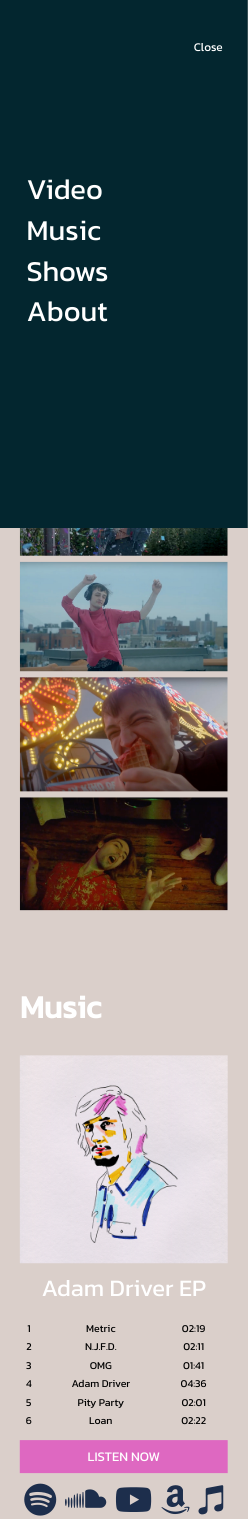
Repository: KrystellBarraza/SipperNYC
Page: index.html
An editor plug-in stored every save of this project. The page is shown before and after the next save, followed by the edit.
The browser window is 375 px wide. The pictures show the whole page, at 66% of full size.
Some web libraries are served in a nearby version.

Above is the page before, as saved 2019-08-21 14:13:48.

### index.html
<!DOCTYPE html>
    <head>
        <meta charset="utf-8">
        <meta http-equiv="X-UA-Compatible" content="IE=edge">
        <title>Sipper</title>
        <meta name="description" content="Wholesome and intrinsically delicate, SIPPER is an NYC based band who wants nothing more than to make you enjoy whatever they put out.">
        <meta name="viewport" content="width=device-width, initial-scale=1">
        <script src="https://kit.fontawesome.com/0942df55aa.js"></script>
        <script src="https://ajax.googleapis.com/ajax/libs/jquery/3.4.1/jquery.min.js"></script>
        <link rel="stylesheet" href="https://ajax.googleapis.com/ajax/libs/jqueryui/1.12.1/themes/smoothness/jquery-ui.css">
        <script src="https://ajax.googleapis.com/ajax/libs/jqueryui/1.12.1/jquery-ui.min.js"></script>
        <link href="https://fonts.googleapis.com/css?family=Kanit&display=swap" rel="stylesheet">
        <link rel="stylesheet" href="venobox/venoboxcopy.css" type="text/css" media="screen">
        <link rel="stylesheet" href="style.css">
    </head>
    <body>

        <div class="container-home">
            <div class="head">
                <header>
                    <h1><a href="index.html">Sipper</a></h1>

                    <div id="toggleText">
                        <p class="menuToggle Open placeHolder"></p>
                        <p class="menuToggle Close" style="color: #FFF;"></p>
                    </div>

                    <div id="menu">
                        <ul id="hiddenMenu">
                            <li><a href="#video">Video</a></li>
                            <li><a href="#music">Music</a></li>
                            <li><a href="#shows">Shows</a></li>
                            <li><a href="#about">About</a></li>
                        </ul>
                    </div>

                    <div class="inlineMenu">
                        <a href="#video">Video</a>
                        <a href="#music">Music</a>
                        <a href="#shows">Shows</a>
                        <a href="#about">About</a>
                    </div>

                </header>
            </div>

            <div id="menu-container"></div>

            <div class="menu">
                <div class="flexbox-nav">
                    <nav class="side-Nav">
                        <li><a href="#video">Video</a></li>
                        <li><a href="#music">Music</a></li>
                        <li><a href="#shows">Shows</a></li>
                        <li><a href="#about">About</a></li>
                    </nav>
                </div>
            </div>

            <div class="album">
                <img src="images/albumcover.jpg">
            </div>

            <div class="footer"></div>

        </div>


        <div class="container-video">
            <div class="head-video">
                <h1 id="video">Video</h1>
            </div>

            <div class="container video-a">
                <div class="content">
                    <a class="venobox" data-autoplay="true" data-vbtype="video" data-gall="myGallery" href="https://youtu.be/N3MalJX4Ll4">
                        <div class="content-overlay"></div>
                        <img class="content-image" src="images/AdamDriver.jpg" alt="Adam Driver">
                        <div class="content-details fadeIn-bottom">
                            <p class="content-title">Adam Driver</p>
                        </div>
                    </a>
                </div>
            </div>

            <div class="container video-b">
                <div class="content">
                    <a class="venobox" data-autoplay="true" data-vbtype="video" data-gall="myGallery" href="https://youtu.be/suzVxfuO1rU">
                        <div class="content-overlay"></div>
                        <img class="content-image" src="images/Metric.jpg" alt="Metric">
                        <div class="content-details fadeIn-top">
                            <p class="content-title">Metric</p>
                        </div>
                    </a>
                </div>
            </div>

            <div class="container video-c">
                <div class="content">
                    <a class="venobox" data-autoplay="true" data-vbtype="video" data-gall="myGallery" href="https://youtu.be/sNYNVeHuiyg">
                        <div class="content-overlay"></div>
                        <img class="content-image" src="images/NJFD.jpg" alt="N.J.F.D.">
                        <div class="content-details fadeIn-left">
                            <p class="content-title">N.J.F.D.</p>
                        </div>
                    </a>
                </div>
            </div>

            <div class="container video-d">
                <div class="content">
                    <a class="venobox" data-autoplay="true" data-vbtype="video" data-gall="myGallery" href="https://youtu.be/S9CmWtUvWd0">
                        <div class="content-overlay"></div>
                        <img class="content-image" src="images/OMG.jpg" alt="OMG">
                        <div class="content-details fadeIn-right">
                            <p class="content-title">OMG</p>
                        </div>
                    </a>
                </div>
            </div>

            <div class="footer-video"></div>

        </div>

        <div class="container-music">
            <div class="head-music">
                <h1 id="music">Music</h1>
            </div>

            <div class="ep">
                <img src="images/albumcover.jpg">
            </div>

            <div class="music-k">
                <p class="ep-title">Adam Driver EP</p>

                <table>
                    <tr>
                        <td>1</td>
                        <td>Metric</td>
                        <td>02:19</td>
                    </tr>
                    <tr>
                        <td>2</td>
                        <td>N.J.F.D.</td>
                        <td>02:11</td>
                    </tr>
                    <tr>
                        <td>3</td>
                        <td>OMG</td>
                        <td>01:41</td>
                    </tr>
                    <tr>
                        <td>4</td>
                        <td>Adam Driver</td>
                        <td>04:36</td>
                    </tr>
                    <tr>
                        <td>5</td>
                        <td>Pity Party</td>
                        <td>02:01<td>
                    </tr>
                    <tr>
                        <td>6</td>
                        <td>Loan</td>
                        <td>02:22</td>
                    </tr>
                </table>
            </div>

            <div class="music-j">
                <div class="listen">
                    <a href="https://levelmusic.lnk.to/AdamDriver_EP" target="_blank">Listen Now</a>
                </div>
            </div>

            <div class="fabIcons music-g">
                <a href="https://open.spotify.com/album/55qLPgpA8Q9fKp5JZo5pjp" target="_blank"><i class="fab fa-spotify"></i></a>
                <a href="https://soundcloud.com/invertebratemusic/sets/sipper-adam-driver-ep" target="_blank"><i class="fab fa-soundcloud"></i></a>
                <a href="https://www.youtube.com/channel/UC4grwiaSitqhA_vmRum_fdg/search?query=sipper" target="_blank"><i class="fab fa-youtube"></i></a>
                <a href="https://www.amazon.com/gp/product/B07QJBL8ZX/ref=dm_ws_sp_ps_dp" target="_blank"><i class="fab fa-amazon"></i></a>
                <a href="https://music.apple.com/us/album/1459355658?app=music" target="_blank"><i class="fab fa-itunes-note"></i></a>
            </div>

        </div>

        <script src="app.js" async defer></script>
        <script src="venobox/venobox.mincopy.js" async defer></script>
    </body>
</html>

### style.css
* {
    box-sizing: border-box;
}

html {
    scroll-behavior: smooth;
}

body {
    margin: 0;
    background-color: #dacfca;
}

p, li {
    font-family: 'Kanit', sans-serif;
}

p {
    font-size: 18px;
}

h1 {
    font-family: 'Kanit', sans-serif;
    color: #fff;
    font-size: 48px;
}

a {
    text-decoration: none;
    color: #fff;
}

/* Header - Home */

.container-home {
    display: grid;
    grid-template-columns: repeat(12, 1fr);
    grid-template-rows: auto 2fr 1fr;
    grid-gap: 5px;
    grid-column-gap: 20px;
    padding-left: 8%;
    padding-right: 8%;
    grid-template-areas:
    "h h h h h h h h h h h h"
    "c c c c c c c c c m m m"
    "c c c c c c c c c m m m"
    "c c c c c c c c c m m m"
    "f f f f f f f f f f f f";
}

.head {
    grid-area: h;
}

.inlineMenu {
    font-family: 'Kanit', sans-serif;
    font-size: 22px;
    word-spacing: 1em;
    top: 16%;
    right: 10%;
    position: absolute;
}

@media (min-width: 566px) and (max-width: 569px) {
    .inlineMenu {
        top: 19.5%;
        word-spacing: .5em;
    }
}

/* Toggled Header Nav */

#toggleText {
    top: 5%;
    right: 10%;
    color: #fff;
    position: absolute;
    z-index: 10;
}

#menu-container {
    background-color: #03262f;
    position: absolute;
    width: 100%;
    left: 0%;
    height: 100vh;
    z-index: 6;
}

#menu {
    background-color: #03262f;
    position: absolute;
    top: 0%;
    left: 0%;
    width: 100%;
    height: 100vh;
    z-index: 7;
}

#hiddenMenu {
    position: absolute;
    top: 30%;
}

p.placeHolder {
    display: none;
}

p.Open:before {
    content: "Menu";
}

p.Close:before {
    content: "Close";
}

ul {
    list-style: none;
}

li {
    font-size: 44px;
    line-height: 46pt;
}

/* Toggled Menu Media Queries */

@media only screen and (max-width: 450px) {
    nav {
        visibility: hidden;
    }
}

@media only screen and (min-width: 450px) {
    #toggleText {
        visibility: hidden;
    }

    #menu {
        visibility: hidden;
    }

    #menu-container {
        visibility: hidden;
    }
}

/* Scrollbar */

::-webkit-scrollbar { width: 8px; }

::-webkit-scrollbar-track { color: transparent; }

::-webkit-scrollbar-thumb {
    background-color: rgba(000, 0, 0, 0.2);
    border-radius: 5px;
}

/* Menu */

.menu {
    grid-area: m;
}

.flexbox-nav {
    display: flex;
    align-items: flex-end;
    justify-content: flex-end;
    margin-top: 356px;
}

.side-nav {
    align-self: flex-end;
    margin-top: 30px;
}

nav > a {
    font-family: 'Kanit', sans-serif;
    color: #fff;
    font-size: 48px;
}

nav > li {
    list-style-type: none;
    padding: 0;
    margin: 0;
}

@media only screen and (max-width: 416px){
    .menu {
        display: none;
    }

    .container-home {
        display: grid;
        grid-template-columns: repeat(12, 1fr);
        grid-template-rows: auto 2fr 1fr;
        grid-gap: 5px;
        padding-left: 8%;
        padding-right: 8%;
        grid-template-areas:
        "h h h h h h h h h h h h"
        "c c c c c c c c c c c c"
        "c c c c c c c c c c c c"
        "c c c c c c c c c c c c"
        "f f f f f f f f f f f f";
    }

    .album > img {
        object-fit: contain;
        width: 100%;
    }

}

/* Inline Menu Queries */

@media only screen and (max-width: 416px) {
    .inlineMenu {
        display: none;
    }
}

@media only screen and (min-width: 766px){
    .inlineMenu {
        display: none;
    }
}

/* Mobile Landscape Queries */

@media (orientation: landscape) and (max-width: 766px) {
    .menu {
        display: none;
    }

    .container-home {
        display: grid;
        grid-template-columns: repeat(12, 1fr);
        grid-template-rows: auto 2fr 1fr;
        grid-gap: 5px;
        padding-left: 8%;
        padding-right: 8%;
        grid-template-areas:
        "h h h h h h h h h h h h"
        "c c c c c c c c c c c c"
        "c c c c c c c c c c c c"
        "c c c c c c c c c c c c"
        "f f f f f f f f f f f f";
    }

    .album > img {
        object-fit: contain;
        width: 100%;
    }
}

/* Album */

.album {
    grid-area: c;
}

.album > img {
    object-fit: contain;
    width: 100%;
    max-height: 600px;
}

.footer {
    grid-area: f;
    height: 70px;
}


/* Video */

.container-video {
    display: grid;
    grid-template-columns: repeat(12, 1fr);
    grid-template-rows: auto 1fr 1fr;
    grid-gap: 5px;
    grid-column-gap: 20px;
    padding-left: 8%;
    padding-right: 8%;
    grid-template-areas:
    "h h h h h h h h h h h h"
    "a a a a a a b b b b b b"
    "c c c c c c d d d d d d"
    "f f f f f f f f f f f f";
}

.head-video {
    grid-area: h;
}

.video-a {
    grid-area: a;
    justify-self: center;
}

.video-b {
    grid-area: b;
    justify-self: center;
}

.video-c {
    grid-area: c;
    justify-self: center;
}

.video-d {
    grid-area: d;
    justify-self: center;
}

.footer-video {
    grid-area: f;
    height: 70px;
}

.container .title {
    text-align: center;
}

.content {
    position: relative;
    width: 100%;
    max-width: 550px;
    overflow: hidden;
}

.content .content-overlay {
    background: rgba(0,0,0,0.7);
    position: absolute;
    height: 99%;
    width: 100%;
    opacity: 0;
    -webkit-transition: all 0.4s ease-in-out 0s;
    -moz-transition: all 0.4s ease-in-out 0s;
    transition: all 0.4s ease-in-out 0s;
}

.content:hover .content-overlay {
    opacity: 1;
}

.content-image {
    width: 100%;
}

.content-details {
    position: absolute;
    text-align: center;
    padding-left: 1em;
    padding-right: 1em;
    width: 100%;
    top: 50%;
    left: 50%;
    opacity: 0;
    -webkit-transform: translate(-50%, -50%);
    -moz-transform: translate(-50%, -50%);
    transform: translate(-50%, -50%);
    -webkit-transition: all 0.3s ease-in-out 0s;
    -moz-transition: all 0.3s ease-in-out 0s;
    transition: all 0.3s ease-in-out 0s;
}

.content:hover .content-details {
    top: 50%;
    left: 50%;
    opacity: 1;
}

.content-details p {
    color: #fff;
    font-weight: 500;
    letter-spacing: 0.15em;
    margin-bottom: 0.5em;
    font-size: 0.8em;
    text-transform: uppercase;
}

.fadeIn-bottom {
    top: 80%;
}

.fadeIn-top {
    top: 20%;
}

.fadeIn-left {
    left: 20%;
}

.fadeIn-right {
    left: 80%;
}

@media only screen and (max-width: 416px){
    .container-video {
        display: grid;
        grid-template-columns: repeat(12, 1fr);
        grid-template-rows: auto 1fr 1fr;
        grid-gap: 5px;
        padding-left: 8%;
        padding-right: 8%;
        grid-template-areas:
        "h h h h h h h h h h h h"
        "a a a a a a a a a a a a"
        "b b b b b b b b b b b b"
        "c c c c c c c c c c c c"
        "d d d d d d d d d d d d"
        "f f f f f f f f f f f f";
    }

}

/* Music */

.container-music {
    display: grid;
    grid-template-columns: repeat(12, 1fr);
    grid-template-rows: repeat(6, 1fr);
    grid-gap: 5px;
    grid-column-gap: 20px;
    padding-left: 8%;
    padding-right: 8%;
    grid-template-areas:
    "h h h h h h h h h h h h"
    "e e e e e e k k k k k k"
    "e e e e e e k k k k k k"
    "e e e e e e j j j j j j"
    "e e e e e e g g g g g g"
    "f f f f f f f f f f f f";
}

.head-music {
    grid-area: h;
}

.ep {
    grid-area: e;
}

.ep > img {
    object-fit: contain;
    width: 100%;
    max-height: 600px;
}

.music-k {
    grid-area: k;
}

.music-k > .ep-title {
    object-fit: contain;
    text-align: center;
    font-size: 48px;
    color: #fff;
    margin: 0;
    width: 100%;
}

.music-k > table {
    font-family: 'Kanit', sans-serif;
    object-fit: contain;
    text-align: center;
    padding-top: 20px;
    border: 0;
    font-size: 20px;
    width: 100%;
}

.music-g {
    grid-area: g;
    align-items: center;
}

.fabIcons {
    display: flex;
    justify-content: space-around;
}

i {
    font-family:'FontAwesome';
    font-size: 50px;
    color: #1d2e4c;
    transition: 0.5s;
}

i.fab:hover {
    color: #3a527c;
}

.music-j {
    grid-area: j;
    align-items: center;
}

.listen {
    margin-top: 50px;
    display: flex;
    justify-content: space-around;
    background: #de68c1;
    font-family: 'Kanit', sans-serif;
    text-transform: uppercase;
    text-align: center;
    align-items: center;
    height: 50px;
    font-size: 1.25em;
    -webkit-transition: 0.5s;
    transition: 0.5s;
    border: none;
}

.listen:hover {
    background: #e794ce;
}

@media only screen and (max-width: 416px) {
    .container-music {
        display: grid;
        grid-template-columns: repeat(12, 1fr);
        grid-template-rows: 1fr auto;
        grid-gap: 5px;
        grid-column-gap: 20px;
        padding-left: 8%;
        padding-right: 8%;
        grid-template-areas:
        "h h h h h h h h h h h h"
        "e e e e e e e e e e e e"
        "e e e e e e e e e e e e"
        "k k k k k k k k k k k k"
        "k k k k k k k k k k k k"
        "j j j j j j j j j j j j"
        "g g g g g g g g g g g g"
        "f f f f f f f f f f f f";
    }

    .music-k > table {
        font-size: 16px;
        width: 100%;
        text-align: center;
    }

    .music-k > .ep-title {
        font-size: 36px;
        text-align: center;
    }

    .listen {
        margin-top: 10px;
    }

    .music-g {
        margin-top: 10px;
    }

}

@media only screen and (max-width: 824px) {
    .music-k > .ep-title {
        font-size: 36px;
        text-align: center;
    }
}

@media (orientation: landscape) and (max-width: 668px) {
    .music-k > .ep-title {
        font-size: 28px;
    }

    .music-k > table {
        font-size: 14px;
        width: 100%;
        text-align: center;
    }
}

### app.js
$(document).ready(() => {
    $('#toggleText').click(() => {
      $('.menuToggle').toggleClass('placeHolder');
      $('#menu').toggle('slide',{direction:'up'}, 1000);
      $('#menu-container').toggle('fade',{direction: 'down'}, 500);
    });
  });

  $(document).ready(function(){
    $('.venobox').venobox({
        spinner:'three bounce',
        closeBackground: 'transparent'
    });
});

Loaded but not shown: venobox/venoboxcopy.css (common file); venobox/venobox.mincopy.js (library)

After the next save:
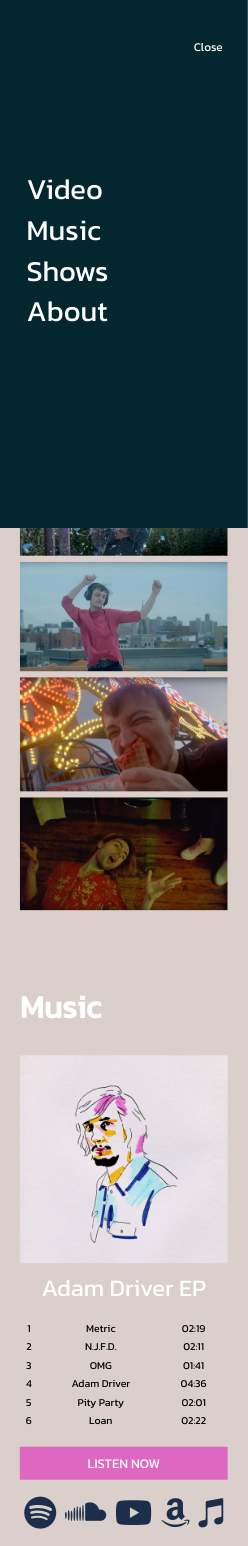
Saved 45 s later.
--- a/style.css
+++ b/style.css
@@ -550,11 +550,12 @@ i.fab:hover {
     }
 
     .listen {
-        margin-top: 10px;
+        margin-top: 20px;
     }
 
     .music-g {
-        margin-top: 10px;
+        margin-top: 20px;
+        margin-bottom: 20px;
     }
 
 }
